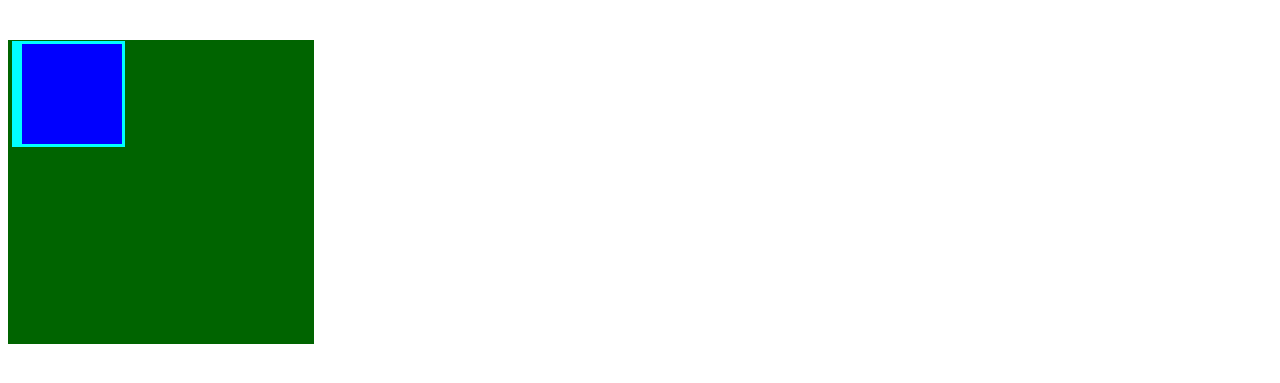
Repository: yymmyymm/review-sub1
Page: box/box.html
The author's editor kept a record of every edit. The page is drawn from the files as they stood at one moment, then again after the next edit.
The browser window is 1280 px wide. The pictures show the whole page.

Above is the page before.

### box/box.html
<!DOCTYPE html>
<html lang="ja">
  <head>
    <meta charset="UTF-8" />
    <!-- CSSファイルの読み込み -->
    <link rel="stylesheet" href="box.css" />
    <title>BOX</title>
  </head>

  <body>
    <!-- box1用のdiv -->
    <div class="box1">
      <div class="box2"></div>
    </div>
  </body>
</html>

### box/box.css
.box1 {
  width: 300px;
  height: 300px;
  background-color: #006400;
  padding: 1px 2px 3px 4px ;
  margin-top: 40px;    /* 上側に40pxのmarginを指定 */
}
.box2 {
  width: 100px;
  height: 100px;
  background-color: blue;
  border: solid #ff00ff ;
  border-top-width: 10px ;
  border: solid #00ffff;
  border-left-width: 10px ;


}

After the next edit:
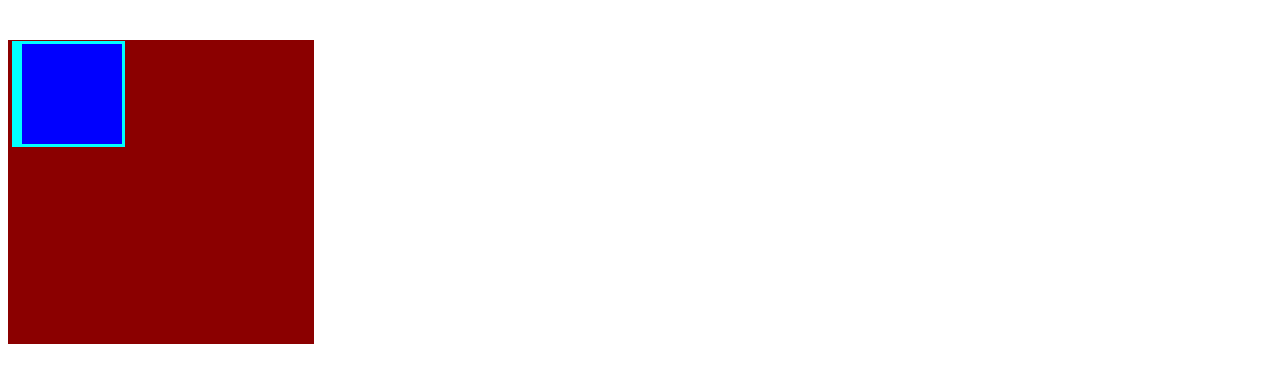
The edit:
--- a/box/box.css
+++ b/box/box.css
@@ -1,7 +1,7 @@
 .box1 {
   width: 300px;
   height: 300px;
-  background-color: #006400;
+  background-color: darkred;
   padding: 1px 2px 3px 4px ;
   margin-top: 40px;    /* 上側に40pxのmarginを指定 */
 }
